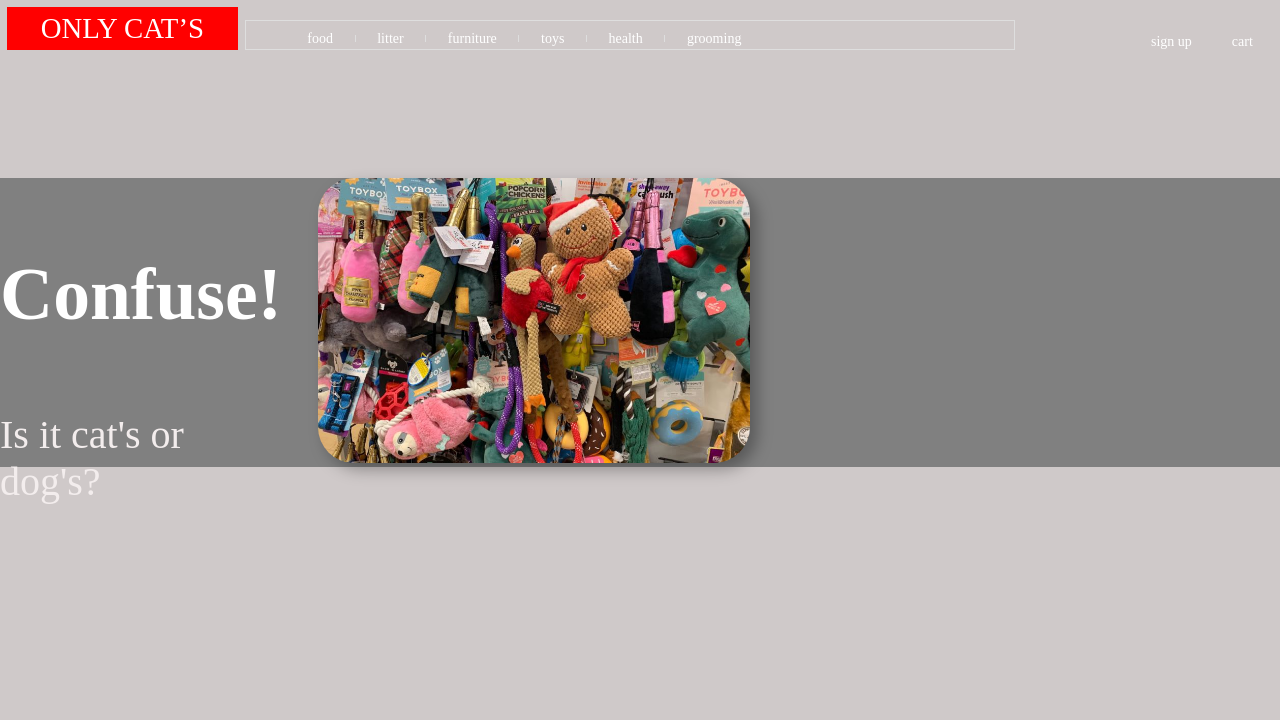
Repository: itson1115/chan_git
Page: cat/index2.html
An editor plug-in stored every save of this project. The page is shown before and after a run of saves, followed by the edit.
The browser window is 1280 px wide. The pictures show the whole page.

Above is the page before, as saved 2021-09-02 04:32:09.

### cat/index2.html
<!DOCTYPE html>
<html lang="ko">
<head>
  <meta charset="UTF-8">
  <meta http-equiv="X-UA-Compatible" content="IE=edge">
  <meta name="viewport" content="width=device-width, initial-scale=1.0">
  <title>Document</title>
  <link rel="stylesheet" href="css/style2.css">
</head>
<body>
  <header>
    <div class="logo">ONLY CAT’S</div>
    <div class="navi">
      <nav>
        <ul>
          <li>food</li>
          <li>litter</li>
          <li>furniture</li>
          <li>toys</li>
          <li>health</li>
          <li>grooming</li>
        </ul>
      </nav>
    </div>
    <div class="my">
      <span>sign up</span><span>cart</span>
    </div>
  </header>
  <section class="container">
    <article class="confuse">
      <div class="article-body">
        <h1>Confuse!</h1>
        <p>Is it cat's or<br/>dog's?</p>
      </div>
      <div class="article-image">
        <img src="images/toys.jpg"/>
      </div>
    </article>
  </section>
</body>
</html>

### cat/css/style2.css
@import url("https://fonts.googleapis.com/css?family=Roboto:700");

:root {
  --title-text-show-delay: 0.5s;
  --title-text-show-duration: 0.5s;
  --title-rect-show-duration: 0.3s;
  --title-cats-show-duration: 0.4s;
  --title-rect-hide-delay: 2s;
}

body {
  margin: 0;
  padding: 0;
  background: #cfc9c9;
  color: white;
  font-size: 14px;
}

header {
  position: relative;
  height: 7vmin;
}

h1 {
  font-size: 4.6rem;
}

header .logo {
  margin: 1vmin 1vmin;
  float: left;
  width: 18vmax;
  height: 6vmin;
  background: red;
  text-align: center;
  font-size: 1.8rem;
  line-height: 6vmin;
}

header .navi {
  position: absolute;
  bottom: 0;
  border: 1px solid #dedede;
  display: inline-block;
  width: 60vmax;
  height: 4vmin;
  float: left;
}

header nav {
  text-align: center;
  line-height: 1vmin;
}

header nav ul {
  list-style-type: none;
  /* padding-left: 0; */
}

header nav li {
  float: left;
  padding: 0 3vmin;
  border-right: 1px solid #dedede;
}

header nav li:nth-last-child(1) {
  border-right: none;
}

header nav li:hover {
  color: #000;
  cursor: grab;
}

header::after {
  display: block;
  content: "";
  clear: both;
}

header .my {
  position: absolute;
  right: 1vmin;
  bottom: 0;
  display: inline-block;
}

header .my span {
  padding: 0 20px;
}

section.container {

  margin-top: 10vmax;
  background: grey;
}

.article-body > p {
  font-size: 2.5rem;
  color: #f3eded;
}

.article-image > img {
  width: 60vmin;
  margin-left: 5vmin;
  border-radius: 5vmin;
  filter: drop-shadow(1vmin 1vmin 1vmin rgba(0, 0, 0, 0.3));
}

.article-body {
  float: left;
}

After the next 4 saves:
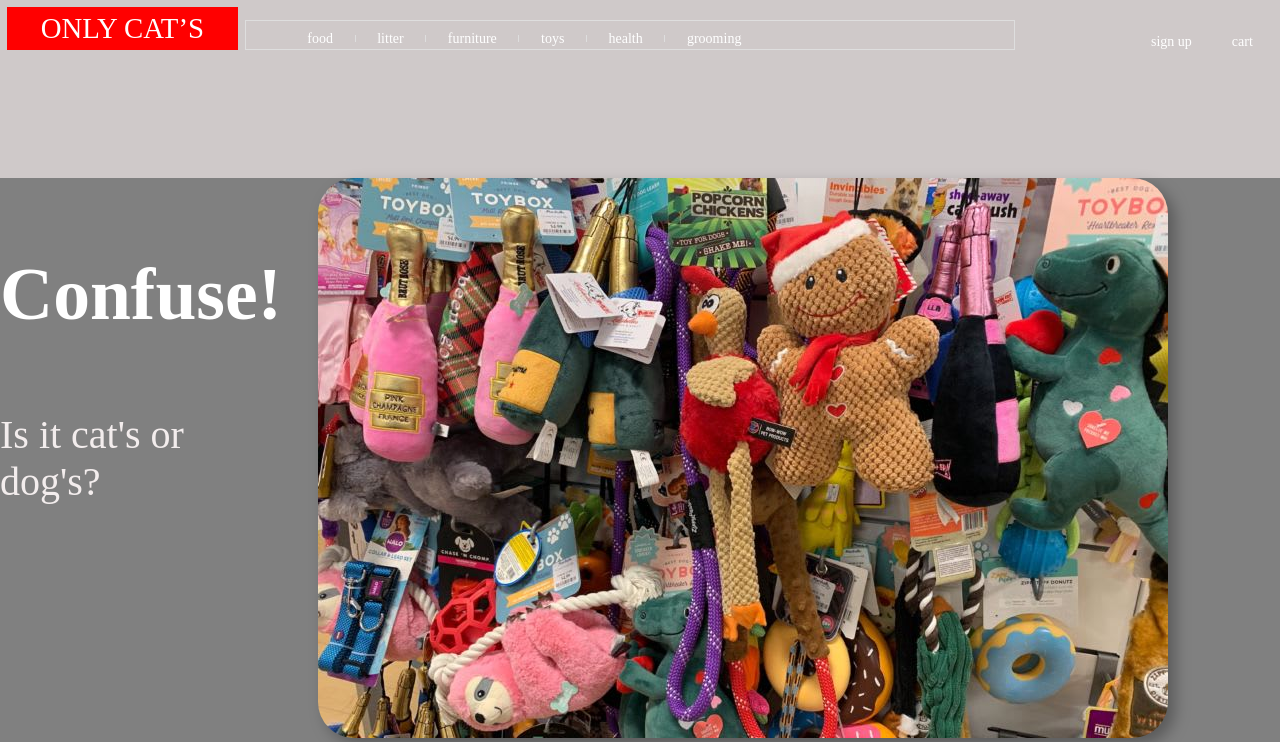
The 4 saves are shown as one change because they came seconds apart.
The last was saved 13 s later.
--- a/cat/css/style2.css
+++ b/cat/css/style2.css
@@ -89,7 +89,7 @@
 }
 
 section.container {
-
+  position: relative;
   margin-top: 10vmax;
   background: grey;
 }
@@ -100,6 +100,7 @@
 }
 
 .article-image > img {
+  po
   width: 60vmin;
   margin-left: 5vmin;
   border-radius: 5vmin;
